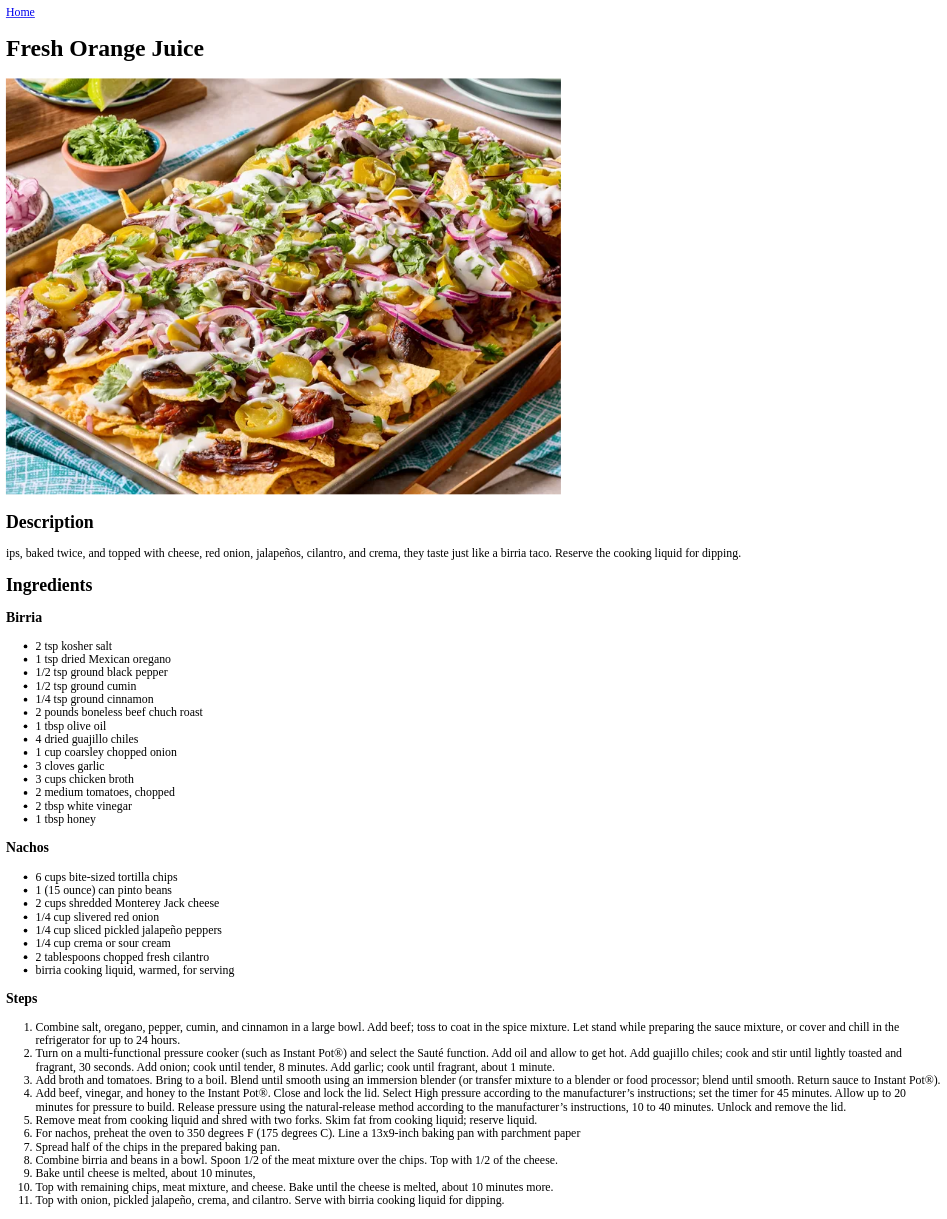
Repository: itsDevAK/odin-recipes
Page: recipes/orange-juice.html
The author's editor kept a copy of each file at every save. The page is drawn from the files as they stood at one save, then again after a run of saves.
The browser window is 1280 px wide. The pictures show the whole page, at 74% of full size.

Above is the page before, as saved 2026-09-17 13:14:24.

### recipes/orange-juice.html
<!DOCTYPE html>
<html lang="en">
<head>
    <meta charset="UTF-8">
    <meta name="viewport" content="width=device-width, initial-scale=1.0">
    <title>Beef Birria Nachos</title>
</head>
<body>
    <a href="../index.html">Home</a>
    <h1>Fresh Orange Juice</h1>
    <img src="../images/nachos.webp" alt="">
    <h2>Description</h2>
    <p>ips, baked twice, and topped with cheese, red onion, jalapeños, cilantro, and crema, they taste just like a birria taco. Reserve the cooking liquid for dipping.</p>
    <h2>Ingredients</h2>
    <h3>Birria</h3>
    <ul>
        <li>2 tsp kosher salt</li>
        <li>1 tsp dried Mexican oregano</li>
        <li>1/2 tsp ground black pepper</li>
        <li>1/2 tsp ground cumin</li>
        <li>1/4 tsp ground cinnamon</li>
        <li>2 pounds boneless beef chuch roast</li>
        <li>1 tbsp olive oil</li>
        <li>4 dried guajillo chiles</li>
        <li>1 cup coarsley chopped onion</li>
        <li>3 cloves garlic</li>
        <li>3 cups chicken broth</li>
        <li>2 medium tomatoes, chopped</li>
        <li>2 tbsp white vinegar</li>
        <li>1 tbsp honey</li>
    </ul>
    <h3>Nachos</h3>
    <ul>
        <li>6 cups bite-sized tortilla chips</li>
        <li>1 (15 ounce) can pinto beans</li>
        <li>2 cups shredded Monterey Jack cheese</li>
        <li>1/4 cup slivered red onion</li>
        <li>1/4 cup sliced pickled jalapeño peppers</li>
        <li>1/4 cup crema or sour cream</li>
        <li>2 tablespoons chopped fresh cilantro</li>
        <li>birria cooking liquid, warmed, for serving</li>
    </ul>
    <h3>Steps</h3>
    <ol>
        <li>Combine salt, oregano, pepper, cumin, and cinnamon in a large bowl. Add beef; toss to coat in the spice mixture. Let stand while preparing the sauce mixture, or cover and chill in the refrigerator for up to 24 hours.</li>
        <li>Turn on a multi-functional pressure cooker (such as Instant Pot®) and select the Sauté function. Add oil and allow to get hot. Add guajillo chiles; cook and stir until lightly toasted and fragrant, 30 seconds. Add onion; cook until tender, 8 minutes. Add garlic; cook until fragrant, about 1 minute.</li>
        <li>Add broth and tomatoes. Bring to a boil. Blend until smooth using an immersion blender (or transfer mixture to a blender or food processor; blend until smooth. Return sauce to Instant Pot®). </li>
        <li>Add beef, vinegar, and honey to the Instant Pot®. Close and lock the lid. Select High pressure according to the manufacturer’s instructions; set the timer for 45 minutes. Allow up to 20 minutes for pressure to build. Release pressure using the natural-release method according to the manufacturer’s instructions, 10 to 40 minutes. Unlock and remove the lid.</li>
        <li>Remove meat from cooking liquid and shred with two forks. Skim fat from cooking liquid; reserve liquid.</li>
        <li>For nachos, preheat the oven to 350 degrees F (175 degrees C). Line a 13x9-inch baking pan with parchment paper</li>
        <li>Spread half of the chips in the prepared baking pan.</li>
        <li>Combine birria and beans in a bowl. Spoon 1/2 of the meat mixture over the chips. Top with 1/2 of the cheese. </li>
        <li>Bake until cheese is melted, about 10 minutes,</li>
        <li>Top with remaining chips, meat mixture, and cheese. Bake until the cheese is melted, about 10 minutes more.</li>
        <li>Top with onion, pickled jalapeño, crema, and cilantro. Serve with birria cooking liquid for dipping.</li>
    </ol>
</body>
</html>

After the next 2 saves:
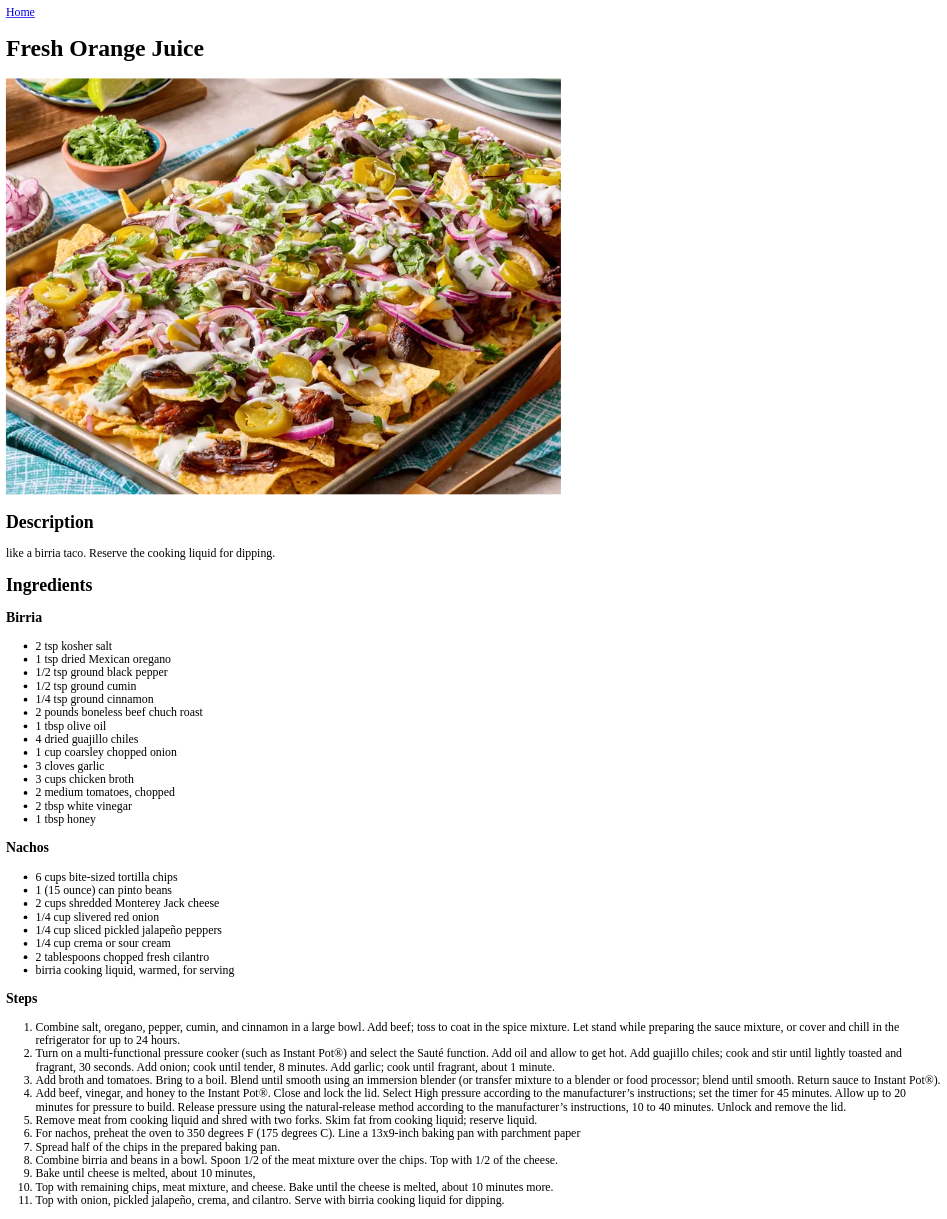
The 2 saves are shown as one change because they came seconds apart.
The last was saved 7 s later.
--- a/recipes/orange-juice.html
+++ b/recipes/orange-juice.html
@@ -10,7 +10,7 @@
     <h1>Fresh Orange Juice</h1>
     <img src="../images/nachos.webp" alt="">
     <h2>Description</h2>
-    <p>ips, baked twice, and topped with cheese, red onion, jalapeños, cilantro, and crema, they taste just like a birria taco. Reserve the cooking liquid for dipping.</p>
+    <p> like a birria taco. Reserve the cooking liquid for dipping.</p>
     <h2>Ingredients</h2>
     <h3>Birria</h3>
     <ul>
